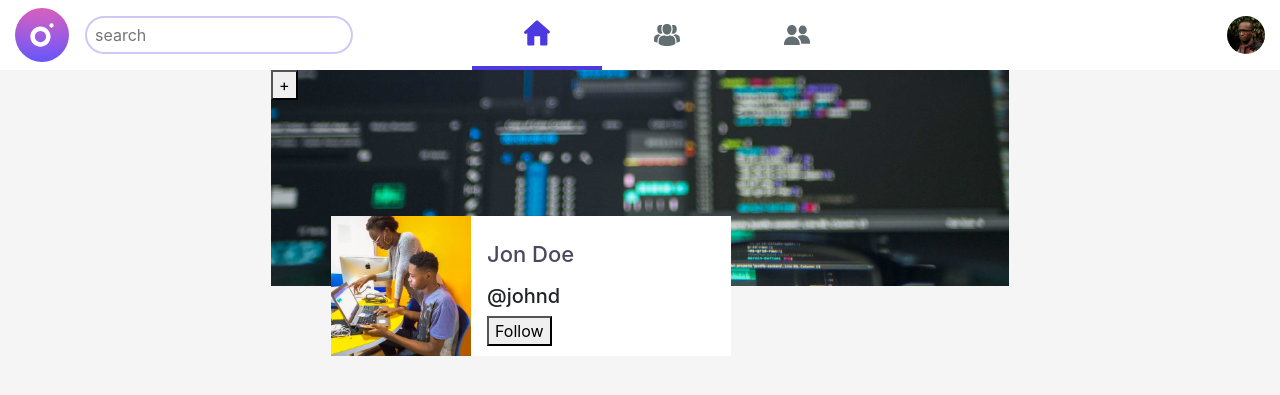
Repository: Flovet-stack/memic
Page: admin-profile.html
These files come from the project's save history. The page is drawn as it stood at one moment and after the next save; the edit follows.
The browser window is 1280 px wide. The pictures show the whole page.
Some web fonts or font styles are not loaded; a fallback is used.

Above is the page before, as saved 2020-10-27 23:12:08.
Console error: TypeError: Cannot read properties of undefined (reading 'fn')

### admin-profile.html
<!DOCTYPE html>
<html lang="en">
<head>
    <meta charset="UTF-8">
    <meta name="viewport" content="width=device-width, initial-scale=1.0">
    <link rel="icon" type="image/png" sizes="32x32" href="assets/images/faceit.svg">
    <!-- custom styles -->
    <link rel="stylesheet" href="css/home.css">
    <link rel="stylesheet" href="css/admin-profile.css">

    <!-- custom fonts -->
    <link rel="stylesheet" href="/usr/share/fonts/opentype/malayalam/Manjari-Regular.otf">

    <!-- bootstrap css styles -->
    <link rel="stylesheet" href="dist/css/bootstrap.min.css">
    <title>memes | Home</title>
</head>
<body>
    <!-- start of the home page design template -->

    <!-- start of the head section of the page -->
    <div class="home-head container-fluid">
        <div class="row">
            <div class="home-head-sec-1">
                <div class="logo"><img src="assets/images/faceit.svg" alt=""></div>
                <form>
                    <input data-toggle="tooltip" title="search" type="text" name="" id="" placeholder="search">
                </form>
            </div>
            <div class="home-head-sec-2">
                <a data-toggle="tooltip" title="Home" class="active" href="#">
                    <img class="primary-icon" src="assets/icons/house.svg" alt="">
                    <img class="secondary-icon" src="assets/icons/house-primary.svg" alt="">
                </a>
                <a data-toggle="tooltip" title="Groups" href="#">
                    <img class="primary-icon" src="assets/icons/user-group.svg" alt="">
                    <img class="secondary-icon" src="assets/icons/user-group-primary.svg" alt="">
                </a>
                <a data-toggle="tooltip" title="Friends" href="#">
                    <img class="primary-icon" src="assets/icons/friends.svg" alt="">
                    <img class="secondary-icon" src="assets/icons/friends-primary.svg" alt="">
                </a>
            </div>
            <div class="home-head-sec-3">
                <div class="user-menu">
                    <img src="assets/images/avatar.jpg" alt="">
                </div>
            </div>
        </div>
    </div>
    <!-- end of the head section of the page -->
    <!-- start of the body section of the page -->
    <div class="home-body container-fluid">
        <div class="row">
            <div class="home-center">
                <div class="container-fluid">
                    <div class="profile-card">
                        <div class="profile-cover" style="background: url(assets/images/kevin-ku-w7ZyuGYNpRQ-unsplash.jpg);">
                            <div class="profile-info">
                                <div class="profile-info-pic"><img src="assets/images/Pic.jpg" alt=""></div>
                                <div class="profile-info-details">
                                    <h3>Jon Doe</h3>
                                    <h5>@johnd</h5>
                                    <button class="follow-btn">Follow</button>
                                </div>
                            </div>
                            <button class="change-cover-photo">+</button>
                        </div>
                    </div>
                </div>
            </div>
        </div>
    </div>
    <!-- end of the head section of the page -->

    <!-- end of the home page design template -->

    <script src="dist/js/bootstrap.min.js"></script>
    <script src="https://code.jquery.com/jquery-3.5.1.slim.min.js"
        integrity="sha384-DfXdz2htPH0lsSSs5nCTpuj/zy4C+OGpamoFVy38MVBnE+IbbVYUew+OrCXaRkfj"
        crossorigin="anonymous"></script>
</body>
</html>

### css/home.css
@import 'main-styles.css';
@import 'user-card.css';
@import 'post-card.css';

.home-head {
    width: 100vw;
    height: 70px;
    /* background-color: var(--white-shade-1); */
    background-color: var(--white) !important;
    /* border-bottom: var(--border); */
    padding: var(--padding-1) var(--padding-3);
    position: fixed;
    z-index: 9;
}
.home-head .row {
    text-align: center;
    justify-content: space-between;
}
.home-head-sec-1 {
    width: calc((100vw - 740px) / 2);
    height: calc(70px - (var(--padding-1) * 2));
    display: flex;
}
.home-head-sec-1 .logo {
    height: 100%;
    width: auto;
    display: grid;
    align-items: center;
    justify-content: center;
}
.home-head-sec-1 .logo img {
    height: calc(70px - (var(--padding-1) * 2));
    width: calc(70px - (var(--padding-1) * 2));
}
.home-head-sec-1 form {
    height: 100%;
    width: auto;
    display: grid;
    align-items: center;
    margin-left: var(--padding-2);
}
.home-head-sec-1 form input {
    height: 70%;
    width: auto;
    display: grid;
    justify-content: center;
    outline: none;
    padding: 0 var(--padding-1);
    border: 2px solid var(--secondary-overlay);
    border-radius: var(--border-radius);
    transition-duration: var(--duration);
}
.home-head-sec-1 form input:focus {
    border: 3px solid var(--secondary-overlay);
    transition-duration: var(--duration);
    height: 85%;
}
.home-head-sec-2 {
    height: calc(70px - (var(--padding-1) * 2));
    max-width: 740px;
    width: 740px;
    display: flex;
    align-items: center;
    justify-content: center;
}
.home-head-sec-2 a {
    width: 130px;
    height: 100%;
    display: flex;
    align-items: center;
    justify-content: center;
    outline: none;
    border-radius: var(--border-radius);
    transition-duration: var(--duration);
}
.home-head-sec-2 a:hover {
    background-color: var(--white-shade-1);
    transition-duration: var(--duration);
}
.home-head-sec-2 a img{
    width: 20%;
}
.home-head-sec-3 {
    text-align: right;
    display: grid;
    align-content: center;
    /* background-color: red; */
    width: calc((100vw - 740px) / 2.5);
    height: calc(70px - (var(--padding-1) * 2));
}
.secondary-icon{
    display: none;
}
.home-head-sec-2 a.active {
    height: 70px !important;
    border-radius: 0 !important;
    background-color: transparent;
    border-bottom: 4px solid var(--secondary-color);
}
.home-head-sec-2 .active:hover {
    background-color: transparent !important;
}
.active .secondary-icon {
    display: block;
}
.active .primary-icon {
    display: none;
}
.home-head-sec-3 .user-menu img {
    width: calc(70px - (var(--padding-2) * 2));
    height: calc(70px - (var(--padding-2) * 2));
    border-radius: var(--circular-radius);
}
/* @media (min-width: 768px) {
  .container {
    max-width: 720px;
  }
}

@media (min-width: 992px) {
  .container {
    max-width: 960px;
  }
}

@media (min-width: 1200px) {
  .container {
    max-width: 1140px;
  }
} */

/* start of the home body section */
.home-body {
    width: 100vw;
    /* height: calc(100vh - 70px); */
}
.home-left {
    width: 20vw;
    height: calc(100vh - 70px);
    padding: var(--padding-2);
    position: fixed;
    top: 70px;
    left: 0;
    background-color: var(--white);
}
.home-center {
    /* border-top: var(--border); */
    position: absolute;
    left: 20vw;
    top: 70px;
    width: 60vw;
    height: auto;
    box-sizing: border-box !important;
}
.home-center-sub {
    margin: var(--padding-2) auto;
    width: 75% !important;
    min-width: 430px;
}
.home-right {
    width: 20vw;
    height: calc(100vh - 70px);
    background-color: var(--white);
    position: fixed;
    top: 70px;
    right: 0;
    padding: var(--padding-2);
}
/* end of the home body section */
/* start of the home left section */
.home-left .user-card {
    width: 100%;
}
.home-left .user-card:hover {
    background-color: var(--transparent-overlay);
}
.home-left .user-card .card-time {
    display: none;
}
#home-left-nav-1 {
    width: 100%;
    height: auto;
    margin-top: var(--padding-3) !important;
    padding: 0;
}
.home-left ul {
    width: 100%;
    height: auto;
}
.home-left .nav-item {
    list-style-type: none;
    width: 100%;
    height: auto;
}
.home-left .nav-link {
    width: 100%;
    height: auto;
    font-size: var(--font-size-2);
    border-radius: var(--border-radius);
    background-color: transparent;
    color: var(--text-color);
    font-weight: 500;
    display: flex;
    transition: var(--duration);
}
.home-left .nav-link:hover {
    background-color: var(--transparent-overlay);
    transition: var(--duration);
}
.home-left .nav-link .nav-link-icon {
    width: 15%;
    display: flex;
    justify-content: right;
    align-items: center;
}
.home-left .nav-link .nav-link-detail {
    width: 80% !important;
    /* background-color: rgba(172, 255, 47, 0.596); */
    display: grid;
    align-items: center;
}
.nav-link-detail-text {
    font-size: var(--font-size-2);
    line-height: 18px;
}
.nav-link-detail-info {
    font-size: calc(var(--font-size-1) - 2px);
    line-height: 15px;
    color: var(--secondary-color);
}
.nav-link-icon img {
    width: 40px;
    height: 40px;
}
.home-left hr {
    width: 100%;
    border: none;
    height: 3px;
    background-color: var(--white-shade-2);
}
#home-left-nav-2 h6 {
    color: var(--text-color);
    font-weight: 600;
}
#home-left-footer {
    width: 100%;
    height: au;
    position: absolute;
    top: 100%;
    transform: translateY(-100%);
}
#home-left-footer ul {
    width: 100%;
    height: auto;
    padding: 0 !important;
    padding: 0 5px;
}
#home-left-footer li {
    display: inline-block;
    list-style-type: none;
    color: var(--border-color);
}
#home-left-footer li::after {
    content: '.';
    position: absolute;
    bottom: 50%;
    padding-left: 5px;
}
#home-left-footer li:last-child::after {
    content: '';
}
#home-left-footer a {
    color: var(--dark-overlay);
    font-size: calc(var(--font-size-1) - 3px);
}
#home-left-footer a:hover {
    color: var(--dark-overlay)
}
/* end of the home left section */
/* Start of the status section */
.home-center-top {
    width: 59.2vw;
    height: 3px;
    background-color: var(--white-shade-2);
    position: fixed;
    margin: 0 !important;
    z-index: 9;
    /* padding-top: var(--padding-2); */
}
.status-section {
    width: auto;
    height: 250px;
    display: flex;
    margin-bottom: var(--padding-2);
    transition-duration: var(--duration);
    padding: 0 !important;
}
.status-section:hover {
    transition-duration: var(--duration);
}
.status {
    width: 160px;
    height: 100%;
    border-radius: var(--border-radius);
    background-color: var(--white-shade-2);
    margin-right: var(--padding-1);
    background-repeat: no-repeat !important;
    background-position: center !important;
    background-size: cover !important;
    transition-duration: var(--duration);
}
.status:hover {
    position: relative;
    transform: scale(1.03);
    z-index: 2;
    transition-duration: var(--duration);
}
.status:hover .status-sub {
    background-color: var(--secondary-overlay);
    transition-duration: var(--duration);
}
.status-sub {
    padding-top: var(--padding-2);
    width: 100%;
    height: 100%;
    border-radius: var(--border-radius);
    background: linear-gradient( 130deg, var(--dark-overlay), transparent);
    transition-duration: var(--duration);
}
.status-sub .user-card {
    margin: 0 auto;
    transform: scale(.9);
}
.status-sub .user-card-pic {
    border: 3px solid var(--secondary-color);
}
.status-sub .username,
.status-sub .card-time {
    color: var(--white);
}
/* end of the status section */
/* Start of the right sidebar section */
.home-right .event-section {
    width: 100%;
    height: auto;
}
.right-sidebar-event {
    width: 100%;
    height: auto;
    background-color: transparent;
    display: flex;
    /* transform: scale(.97); */
    border-radius: calc(var(--border-radius));
    transition-duration: var(--duration);
    text-decoration: none;
}
.right-sidebar-event:hover {
    background-color: var(--white-shade-1);
    transition-duration: var(--duration);
    text-decoration: none;
}
.right-sidebar-event-img {
    width: 35%;
    height: auto;
    transform: scale(.9);
}
.right-sidebar-event-img img {
    width: 100%;
    border-radius: calc(var(--border-radius));
}
.right-sidebar-event-details {
    width: 65%;
    display: grid;
    align-content: center;
    padding-left: var(--padding-1);
    color: var(--text-color)
}
.right-sidebar-event-details h5 {
    font-size: var(--font-size-2);
    line-height: .5;
    font-weight: 600;
}
.right-sidebar-event-details h6 {
    font-size: var(--font-size-1);
}
.home-right hr {
    width: 100%;
    border: none;
    height: 3px;
    background-color: var(--white-shade-2);
}
.home-right-notification {
    width: 100%;
    height: auto;
}
.home-right-notification h6 {
    margin-top: var(--padding-2);
    color: var(--text-color);
}
.notification-reply {
    margin-top: var(--padding-1);
    width: 100%;
    height: auto;
    display: flex;
    justify-content: space-between;
}
.notification-reply button {
    width: 49%;
    height: 40px;
    border-radius: var(--border-radius);
    border: none;
    color: var(--text-color);
    transition-duration: var(--duration);
    font-weight: 600;
    outline: none !important;
}
.notification-reply button:hover {
    background-color: var(--white-shade-1);
    transition-duration: var(--duration);
}
.notification-reply button.confirm-request {
    background-color: var(--secondary-color);
    color: var(--white);
    transition-duration: var(--duration);
}
.notification-reply button.confirm-request:hover {
    background-color: var(--secondary-overlay);
    transition-duration: var(--duration);
    color: var(--text-color);
}
/* end of the right sidebar section */

@media (max-width: 768px) {
    .home-head-sec-2 {
        margin: 0 auto;
        width: 340px;
    }
    .home-head-sec-1 form,
    .home-head-sec-3 {
        width: 0px;
        display: none;
        margin: 0 auto;
    }
    .home-head-sec-1 .logo img {
        height: calc(70px - (var(--padding-2) * 2));
        width: calc(70px - (var(--padding-2) * 2));
    }
    .status-section {
        display: none;
    }
    .home-center {
        width: 100vw;
        position: absolute;
        left: 0;
    }
    .post-card {
        width: 100%;
        margin: var(--padding-2) auto;
    }
    .home-right,
    .home-left {
        display: none;
        width: 0px;
    }
}

@media (min-width: 992px) {
    /* .post-card {
        width: 960px;
    } */
}

@media (min-width: 1200px) {
}

### css/admin-profile.css
.profile-card {
    width: 100%;
    height: auto;
    background-color: red;
}
.profile-cover {
    width: 100%;
    height: 30vh;
    background-color: blue;
    background-size: 100% !important;
    background-position: center !important;
}
.profile-info {
    width: 400px;
    height: 140px;
    background-color: var(--white);
    position: absolute;
    top: 100%;
    transform: translate(15%, -50%);
    display: flex;
    /* border-radius: 70px; */
}
.profile-info-pic {
    width: 140px;
    height: 140px;
    background-color: var(--secondary-color);
}
.profile-info-pic img {
    width: 100%;
    height: 100%;
}
.profile-info-details {
    padding: var(--padding-2);
}
.profile-info-details h3 {
    color:var(--text-color);
    font-size: var(--font-size-4);
    line-height: 2;
}

### css/main-styles.css
:root {
    /* color palette */
    --white: #fff;
    /* --white: #1e272e !important; */
    --white-shade-0: rgb(253, 253, 253);
    --white-shade-1: #f0f8ff;
    --white-shade-2: #ececec79;
    --white-shade-3: #d0d0d0;
    --border-color: #b2bec3;
    --primary-color: #636E72;
    /* --secondary-color: #6c5ce7; */
    --secondary-color: #4d39e0;
    --secondary-overlay: #4d39e046;
    /* --secondary-overlay: #6c5ce746; */
    --red: #d63031;
    /* --red: #970f3c; */
    --dark-overlay: rgba(10, 2, 19, 0.479);
    --transparent-overlay: #ebf6ff;
    --transparent-overlay-2: #d0d0d059;

    /* text-editing */
    --font-size-1: 16px;
    --font-size-2: 18px;
    --font-size-3: 20px;
    --font-size-4: 22px;
    --normal: 400;
    --light: 200;
    --thick: 600;
    --font-family: Manjari;
    --text-color: rgb(73, 72, 93);
    /* --text-color: #fff; */

    /* box-styling */
    --padding-1: .5rem;
    --padding-2: 1rem;
    --padding-3: 2rem;
    --border-radius: 50px;
    --circular-radius: 50%;
    --border: 2px solid var(--white-shade-2);

    /* animations */
    --duration: .5s;
}

body {
    box-sizing: border-box;
    font-family: var(--font-family);
    overflow-x: hidden;
    background-color: var(--white-shade-2) !important;
}
.row {
    margin-right: 0 !important;
    margin-left: 0 !important;
}
a {
    outline: none !important;
}

### css/user-card.css
/* start of the user card styling */
.user-card {
    width: 150px;
    height: 50px;
    display: flex;
    color: var(--white);
    text-decoration: none;
    border-radius: var(--border-radius);
    transition-duration: var(--duration);
}
.user-card:hover {
    text-decoration: none;
    background-color: var(--transparent-overlay-2);
    transition-duration: var(--duration);
}
.user-card-pic {
    width: 50px;
    height: 50px;
    border-radius: var(--circular-radius);
    background-repeat: no-repeat !important;
    background-position: center !important;
    background-size: cover !important;
}
.user-card-detail {
    width: auto;
    height: 50px;
    padding-left: var(--padding-1);
    color: var(--text-color);
    display: grid;
    align-content: center;
}
.username {
    font-size: var(--font-size-2);
    font-weight: 600;
}
.card-time {
    font-size: var(--font-size-1);
    color: var(--secondary-color);
}
/* end of the user card styling */

### css/post-card.css
.post-card {
    width: 80%;
    margin: var(--padding-2) auto;
    background-color: var(--white);
    border-radius: var(--border-radius);
    padding: var(--padding-2) 0;
    /* background-color: var(--transparent-overlay); */
    background-color: var(--white);
    border: var(--border);
}
.post-card .user-card {
    margin-left: var(--padding-2);
}
/* .post-card .user-card:hover {
    background-color: var(--secondary-overlay);
} */
.post-card img {
    width: 100%;
}
.post-img {
    transform: scale(.97);
    border-radius: var(--border-radius) !important;
    background-color: var(--transparent-overlay);
}
.post-card-footer {
    margin-top: var(--padding-1);
    padding: 0 var(--padding-2);
    width: 100%;
    display: flex;
    height: auto;
}
.react,
.actions {
    width: 50%;
    height: 50px;
    display: grid;
    align-items: center;
}
.react-sub,
.actions-sub {
    width: 100%;
    height: 100%;
    display: flex;
    text-align: left;
}
.actions-sub {
    flex-direction: row-reverse;
}
.actions-sub a {
    flex-direction: row-reverse;
    margin-right: 0 !important;
    margin-left: var(--padding-1) !important;
}
.react-sub a,
.actions-sub a {
    width: 50px;
    height: 50px;
    background-color: transparent;
    margin-right: var(--padding-1);
    display: flex;
    align-items: center;
    justify-content: center;
    border-radius: var(--circular-radius);
}
.react-sub a img,
.actions-sub a img {
    width: 60%;
    height: auto;
    padding: 0 !important;
    transition-duration: var(--duration);
    border-radius: none !important;
}
.react-sub a:hover,
.actions-sub a:hover {
    background-color: var(--secondary-overlay);
    transition-duration: var(--duration);
}
.react-sub .dislike img{
    transform: rotatez(180deg) !important;
}
.share-options {
    height: auto;
    /* width: 0px; */
    width: calc((30px * 4) + ((var(--padding-1) * 2) * 6));
    background-color: var(--white);
    border-radius: var(--border-radius);
    padding:  var(--padding-1);
    /* box-shadow: 4px 4px 10px 3px var(--white-shade-2); */
    position: absolute;
    /* left: 100px; */
    margin-top: -60px;
    /* margin-left: 200px; */
    transform: scale(.9);
    transition-duration: 1s;
}
.share-options ul {
    width: auto;
    padding: 0 !important;
    margin: 0 !important;
}
.share-options li {
    width: auto;
    display: inline-block;
}
.share-options a{
    padding: var(--padding-1);
    /* background-color: red; */
}
.share-options a:hover {
    background-color: transparent;
}
.share-options a img{
    width: 30px;
    height: 30px;
    padding: .2rem !important;
    transition-duration: var(--duration);
}
.share-options a img:hover {
    transform: scale(1.3);
    transition-duration: var(--duration);
}
.share-icon {
    transition-duration: 1s
}
.share-icon:hover ~ .share-options {
    transition-duration: 1s;
    transform: scale(1);
}

.comment-section {
    width: 100%;
    padding: 0 var(--padding-2);
}
.comment-section h4 {
    font-size: var(--font-size-1);
    color: var(--text-color);
    font-weight: 600;
    margin-bottom: var(--padding-2);
}
.comment-form {
    display: flex;
    justify-content: space-between;
    margin-bottom: var(--padding-3);
}
.comment-form img {
    width: 50px;
    height: 50px;
    padding: 0 !important;
    border-radius: var(--circular-radius);
    margin-right: var(--padding-2);
}
.comment-form textarea {
    width: 75%;
    height: 50px;
    outline: none;
    font-size: var(--font-size-2);
    color: var(--text-color);
    padding: var(--padding-1) var(--padding-2);
    border: 1px solid var(--white);
    border-radius: var(--border-radius);
    transition-duration: var(--duration);
    margin-right: var(--padding-1);
    background-color: var(--white-shade-2);
}
.comment-form textarea:hover {
    border: 1px solid var(--secondary-overlay);
    transition-duration: var(--duration);
}
.comment-form textarea:focus {
    border: 1px solid var(--secondary-overlay);
    background-color: var(--white);
    transition-duration: var(--duration);
}
.comment-form button {
    outline: none !important;
    background-color: var(--secondary-overlay);
    border: none;
    border-radius: var(--circular-radius);
    color: var(--white);
    transition-duration: var(--duration);
}
.comment-form button:hover {
    outline: none;
    background-color: var(--secondary-color);
    transition-duration: var(--duration);
}
.comment {
    width: 95%;
    margin: 0 auto;
    height: auto;
    /* border-bottom: var(--border); */
}
.comment .user-card {
    margin: 0 !important;
}
.comment .user-card-pic {
    width: 30px;
    height: 30px;
    margin-top: 10px;
}
.comment .username {
    font-size: var(--font-size-1);
    line-height: .5;
}
.comment .card-time {
    font-size: calc(var(--font-size-1) - 2px) !important;
    /* line-height: .5; */
}
.comment .comment-content p {
    width: auto;
    height: auto;
    color: var(--text-color);
    margin: 0 calc(var(--padding-1) * 7);
    background-color: var(--white-shade-1);
    padding: var(--padding-1) var(--padding-3);
    border-radius: var(--border-radius);

    /* line-height: 5px; */
}
.comment .comment-like {
    height: 20px;
    font-size: calc(var(--font-size-1) - 2px);
    padding: 0 var(--padding-1);
    border-radius: var(--border-radius);
    position: relative;
    border: none;
    outline: none;
    /* bottom: 100%; */
    left: calc(100% - ((var(--padding-1) * 7) + 1.5rem));
    background-color: var(--secondary-color);
    color: var(--white);
    transition-duration: var(--duration);
    transform: translateY(-125%);
    display: flex;
    align-items: center;
    justify-content: center;
}
.comment .comment-like:hover {
    padding: 0 calc(var(--padding-1) + .1rem);
    transition-duration: var(--duration);
    background-color: var(--secondary-overlay);
}
.comment .comment-like img {
    width: 15px;
    height: 15px;
    margin-left: .3rem;
    transform: translateY(-1.5px);
}

/* @media (min-width: 768px) {
}

@media (min-width: 992px) {
}

@media (min-width: 1200px) {
} */

Loaded but not shown: dist/css/bootstrap.min.css (library); dist/js/bootstrap.min.js (library)

After the next save:
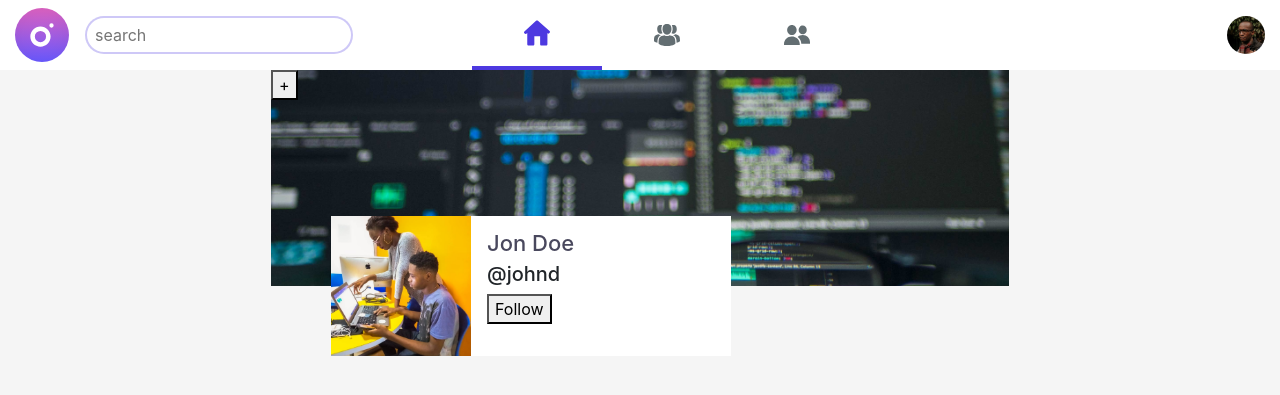
Saved 7 s later.
--- a/css/admin-profile.css
+++ b/css/admin-profile.css
@@ -35,5 +35,5 @@
 .profile-info-details h3 {
     color:var(--text-color);
     font-size: var(--font-size-4);
-    line-height: 2;
+    line-height: 1;
 }
